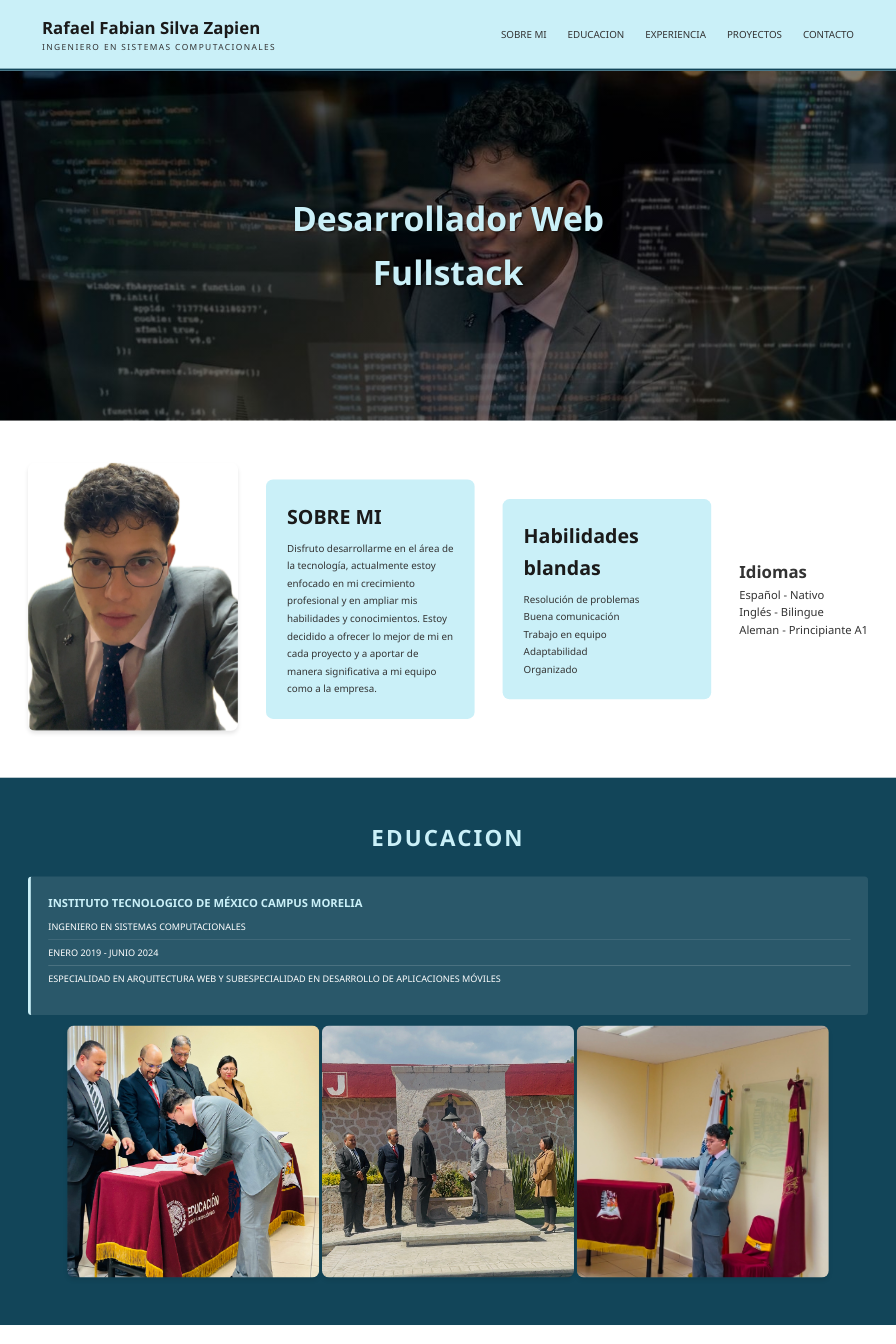
Repository: rafaelsilva2k/mi-portafolio
Page: index.html
An editor plug-in stored every save of this project. The page is shown before and after the next save, followed by the edit.
The browser window is 1280 px wide. The pictures show the part of the page from y = 0 to 1920 px (the page is 3313 px tall), at 70% of full size.

Above is the page before, as saved 2026-04-17 13:01:27.

### index.html
<!DOCTYPE html>
<html lang="en">
<head>
    <meta charset="UTF-8">
    <meta name="viewport" content="width=device-width, initial-scale=1.0">
    <title>Rafael Fabian Silva Zapien</title>
    <link rel="stylesheet" href="styles.css">
</head>
<body>
    <!-- HEADER: Nombre, Profesión y Menú de Navegación -->
    <header class="header">
        <div class="header-content">
            <div class="logo-section">
                <h1>Rafael Fabian Silva Zapien</h1>
                <p class="profession">INGENIERO EN SISTEMAS COMPUTACIONALES</p>
            </div>

            <nav class="navbar">
                <ul>
                    <li><a href="#sobre-mi">SOBRE MI</a></li>
                    <li><a href="#educacion">EDUCACION</a></li>
                    <li><a href="#experiencia">EXPERIENCIA</a></li>
                    <li><a href="#proyectos">PROYECTOS</a></li>
                    <li><a href="#contacto">CONTACTO</a></li>
                </ul>
            </nav>
        </div>
    </header>

    <!-- HERO SECTION: Imagen grande con texto "Desarrollador Web Fullstack" -->
     <section class="hero">
        <div class="hero-content">
            <h2>Desarrollador Web<br>Fullstack</h2>
        </div>
     </section>

     <!-- SECCIÓN SOBRE MÍ: Foto + Descripción -->
      <section id="sobre-mi" class="sobre-mi">
        <div class="sobre-mi-container">
            <div class="sobre-mi-foto">
                <img src="images/me.png" alt="Rafael Silva">
            </div>
            <div class="sobre-mi-texto">
                <h2>SOBRE MI</h2>
                <p>Disfruto desarrollarme en el área de la tecnología, actualmente estoy enfocado en mi crecimiento profesional y en ampliar mis habilidades y conocimientos. Estoy decidido a ofrecer lo mejor de mi en cada proyecto y a aportar de manera significativa a mi equipo como a la empresa.</p>
            </div>
            <div class="sobre-mi-texto">
                <h2>Habilidades blandas</h2>
                <p> Resolución de problemas <br> Buena comunicación <br> Trabajo en equipo  <br> Adaptabilidad <br> Organizado</p>
            </div>
            <div class="">
                <h2>Idiomas</h2>
                <p>Español - Nativo <br> Inglés - Bilingue <br> Aleman - Principiante A1</p>
            </div>
        </div>
      </section>

      <!--Seccion de Educacion-->
      <section id="educacion" class="educacion">
        <h2>EDUCACION</h2>
        <div class="educacion-content">
            <div class="educacion-item">
                <h4>INSTITUTO TECNOLOGICO DE MÉXICO CAMPUS MORELIA</h4>
                <p>INGENIERO EN SISTEMAS COMPUTACIONALES</p>
                <p>ENERO 2019 - JUNIO 2024</p>
                <p>ESPECIALIDAD EN ARQUITECTURA WEB Y SUBESPECIALIDAD EN DESARROLLO DE APLICACIONES MÓVILES</p>
            </div>
            <div class="education-item">
                <div class="education-photos">
                    <img src="images/FirmaTitulacion.jpeg">
                    <img src="images/campanaTitulacion.jpeg">
                    <img src="images/titulacion.jpeg">
                </div>
            </div>
        </div>
      </section>

      <section id="experiencia" class="experiencia">
        <h2>EXPERIENCIA PROFESIONAL</h2>
            <div class="experiencia-content">
                <div class="experiencia-item">
                    <h3>HARMAN a Samsung Company</h3>
                    <p>Residencias Profesionales HARMAN, Samsung Company Enero - Junio 2024 </p><br>
                    <h5>PROYECTO DE SALIDAS MISCELÁNEAS</h5>
                    <p></p>Se trabajo en el desarrolló de una página web que permitió a la empresa
                    controlar y gestionar los productos salientes. Además, se coordinó el flujo de
                    aprobación entre diversas áreas como comercio exterior, logística y seguridad. <br> <br>
                    <h5>PROYECTO COSTO DE BIENES VENDIDOS (COGS)</h5>
                    Se trabajo en la automatización el cálculo de COGS e implementó un módulo
                    que agiliza la obtención de datos para el reporte de COGS, logrando un análisis
                    más detallado y una representación gráfica eficaz de la información.</p>
                </div>
                <div class="experiencia-item">
                    <h3>FIRA - Fideicomisos Instituidos en Relación con la Agricultura</h3>
                    <p>Desarrollador Fullstack en FIRA, Morelia Julio 2024 - Actualidad <br> <br>
                    • Migración, mejora y mantenimiento de múltiples aplicaciones institucionales,
                    entre ellas: Mesa de Servicios, Reservación de Salas, Seguimientos SIPOT,
                    Solicitudes INAI, Ingresos Retenciones, SIPOT, entre otras.
                    Aplicaciones desarrolladas en CodeIgniter (PHP), JavaScript, HTML y CSS,
                    en las cuales realicé correcciones críticas, optimizaciones de rendimiento y
                    mejoras funcionales.
                    Implementación de consumo de APIs internas de FIRA (Capital Humano)
                    cuando fue requerido.
                    Sustitución de vistas de Capital Humano en base de datos por procesos
                    internos más eficientes.
                    Todas las aplicaciones intervenidas fueron migradas a SQL Server 2019. <br>
                    • Desarrollo de un módulo completo dentro de la aplicación Reservación de
                    Salas para la gestión y reservación de cargadores eléctricos para vehículos del
                    personal interno.<br>
                    • Colaboración en la aplicación Siniestralidad, desarrollada originalmente en
                    ASP, la cual fue migrada a SQL Server 2019 y sometida a una limpieza y
                    depuración general. Posteriormente se detectaron fallas en el funcionamiento y
                    realicé los ajustes necesarios para su correcta operación.<br>
                    • Participación en la migración de la aplicación Firma Electrónica, actualizando
                    la plataforma de Java 1.4 a Java 17, así como la migración de Tomcat y todos
                    los cambios estructurales requeridos para garantizar compatibilidad y
                    estabilidad.<br>
                    • Elaboración de documentación técnica detallada para todos los proyectos,
                    facilitando futuras tareas de mantenimiento, soporte y transferencia de
                    conocimiento dentro del equipo. Apoyo adicional en la preparación de
                    documentación para describir cambio</p>
                </div>
            </div>
      </section>

      <!--Seccion de proyectos-->
      <section id="proyectos" class="proyectos">
        <h2>PROYECTOS</h2>
        <div class="proyectos-content">
            <div class="proyectos-item">
                <h4>Primer proyecto</h4>
                <img src="" alt="Proyecto-1-name">
            </div>
            <div class="proyectos-item">
                <h4> Segundo proyecto</h4>
                <img src="" alt="Proyecto-2-name">
            </div>
            <div class="proyectos-item">
                <h4>Tercer proyecto</h4>
                <img src="" alt="proyecto-3-name">
            </div>
        </div>
      </section>

      <section id="contacto" class="contacto">
        <h2>Contacto</h2>
        <div class="contacto-content">
            <p>Email: rafaelsilva2k256@gmail.com</p>
            <p>LinkedIn: <a href="www.linkedin.com/in/rafael-fabian-silva-zapien-a124ba247">Perfil de Linkedin</a></p>
            <p>GitHub: <a href="#">Tu GitHub</a></p>
        </div>
      </section>

      <!--footer-->
      <footer class="footer">
        <p>&copy; 2024 Rafael Fabian Silva Zapien. Todos los derechos reservados.</p>
      </footer>

      <script src="script.js"></script>
</body>
</html>

### styles.css
/* ============================================
   RESET Y VARIABLES GLOBALES
   ============================================ */

* {
    margin: 0;
    padding: 0;
    box-sizing: border-box;
}

:root {
    --color-primary: #caf0f8;      /* Amarillo */
    --color-secondary: #124559;    /* Dorado/Marrón */
    --color-dark: #1a1a1a;         /* Negro */
    --color-text: #333333;         /* Texto gris oscuro */
    --color-white: #ffffff;        /* Blanco */
}

body {
    font-family: 'Segoe UI', Tahoma, Geneva, Verdana, sans-serif;
    color: var(--color-text);
    line-height: 1.6;
}

/* ============================================
   HEADER - Menú y nombre
   ============================================ */

.header {
    background-color: var(--color-primary);
    padding: 20px 0;
    border-bottom: 3px solid var(--color-secondary);
    position: sticky;
    top: 0;
    z-index: 100;
}

.header-content {
    max-width: 1200px;
    margin: 0 auto;
    padding: 0 20px;

    /* FLEXBOX: Alinea nombre a la izquierda y menú a la derecha */
    display: flex;
    justify-content: space-between;
    align-items: center;
}

.logo-section h1 {
    font-size: 24px;
    font-weight: bold;
    color: var(--color-dark);
}

.profession {
    font-size: 12px;
    color: var(--color-text);
    letter-spacing: 2px;
}

/* NAVEGACIÓN - Menú horizontal */
.navbar ul {
    list-style: none;

    /* FLEXBOX: Alinea los items del menú horizontalmente */
    display: flex;
    gap: 30px;
}

.navbar a {
    text-decoration: none;
    color: var(--color-text);
    font-size: 14px;
    font-weight: 500;
    transition: color 0.3s ease;
}

.navbar a:hover {
    color: var(--color-secondary);
}

/* ============================================
   HERO SECTION - Imagen grande
   ============================================ */

.hero {
    background: linear-gradient(rgba(0, 0, 0, 0.5), rgba(0, 0, 0, 0.5)),
                url('images/iaGeneratedMe.jpeg');
    background-size: cover;
    background-position: center;
    height: 500px;

    /* FLEXBOX: Centra el texto en el hero */
    display: flex;
    align-items: center;
    justify-content: center;
    text-align: center;
}

.hero-content h2 {
    font-size: 48px;
    color: var(--color-primary);
    font-weight: bold;
    text-shadow: 2px 2px 4px rgba(0, 0, 0, 0.7);
}

/* ============================================
   SECCIÓN SOBRE MÍ
   ============================================ */

.sobre-mi {
    padding: 60px 20px;
    background-color: var(--color-white);
}

.sobre-mi-container {
    max-width: 1200px;
    margin: 0 auto;

    /* FLEXBOX: Alinea foto a la izquierda y texto a la derecha */
    display: flex;
    gap: 40px;
    align-items: center;
}

.sobre-mi-foto {
    flex: 0 0 300px;  /* Ancho fijo de 300px */
}

.sobre-mi-foto img {
    width: 100%;
    border-radius: 10px;
    box-shadow: 0 4px 6px rgba(0, 0, 0, 0.1);
}

.sobre-mi-texto {
    flex: 1;  /* Ocupa el espacio restante */
    background-color: var(--color-primary);
    padding: 30px;
    border-radius: 10px;
}

.sobre-mi-texto h2 {
    font-size: 28px;
    margin-bottom: 10px;
    color: var(--color-dark);
}

.sobre-mi-texto h3 {
    font-size: 14px;
    letter-spacing: 2px;
    margin-bottom: 20px;
    color: var(--color-secondary);
}

.sobre-mi-texto p {
    font-size: 14px;
    line-height: 1.8;
    color: var(--color-text);
}

/* ============================================
   SECCIÓN EDUCACIÓN
   ============================================ */

.educacion {
    padding: 60px 20px;
    background-color: var(--color-secondary);
    color: var(--color-white);
}

.educacion h2 {
    font-size: 32px;
    margin-bottom: 30px;
    text-align: center;
    color: var(--color-primary);
    letter-spacing: 3px;
}

.educacion-content {
    max-width: 1200px;
    margin: 0 auto;
}

.educacion-item {
    background-color: rgba(255, 255, 255, 0.1);
    padding: 25px;
    margin-bottom: 15px;
    border-left: 4px solid var(--color-primary);
    border-radius: 5px;
}

.educacion-item h4 {
    font-size: 16px;
    margin-bottom: 10px;
    color: var(--color-primary);
}

.educacion-item p {
    font-size: 13px;
    margin-bottom: 8px;
    padding-bottom: 8px;
    border-bottom: 1px solid rgba(255, 255, 255, 0.2);
}

.educacion-item p:last-child {
    border-bottom: none;
}

.education-photos {
    flex: 0 0 300px;  /* Ancho fijo de 300px */
    text-align: center;
}

.education-photos img {
    width: 30%;
    border-radius: 10px;
    box-shadow: 0 4px 6px rgba(0, 0, 0, 0.1);
}

/* ============================================
   SECCIÓN EXPERIENCIA
   ============================================ */

.experiencia {
    padding: 60px 20px;
    background-color: var(--color-white);
}

.experiencia h2 {
    font-size: 32px;
    margin-bottom: 30px;
    text-align: center;
    color: var(--color-secondary);
    letter-spacing: 3px;
}

.experiencia-content {
    max-width: 1200px;
    margin: 0 auto;

    /* FLEXBOX: Coloca los items uno al lado del otro */
    display: flex;
    gap: 30px;
}

.experiencia-item {
    flex: 1;
    background-color: var(--color-primary);
    padding: 25px;
    border-radius: 8px;
    border-left: 4px solid var(--color-secondary);
}

.experiencia-item h4 {
    font-size: 16px;
    margin-bottom: 10px;
    color: var(--color-dark);
}

.experiencia-item p {
    font-size: 13px;
    color: var(--color-text);
}

/* ============================================
   SECCIÓN PROYECTOS
   ============================================ */

.proyectos {
    padding: 60px 20px;
    background-color: var(--color-primary);
}

.proyectos h2 {
    font-size: 32px;
    margin-bottom: 30px;
    text-align: center;
    color: var(--color-secondary);
    letter-spacing: 3px;
}

.proyectos-content {
    max-width: 1200px;
    margin: 0 auto;

    /* FLEXBOX: Coloca las tarjetas en 3 columnas */
    display: flex;
    gap: 25px;
    justify-content: space-between;
}

.proyectos-item {
    flex: 1;
    background-color: var(--color-white);
    padding: 20px;
    border-radius: 8px;
    box-shadow: 0 2px 8px rgba(0, 0, 0, 0.1);
    transition: transform 0.3s ease;
}

.proyectos-item:hover {
    transform: translateY(-5px);
}

.proyectos-item h4 {
    font-size: 16px;
    margin-bottom: 15px;
    color: var(--color-dark);
}

.proyectos-item img {
    width: 100%;
    height: 200px;
    object-fit: cover;
    border-radius: 5px;
    background-color: var(--color-secondary);
}

/* ============================================
   SECCIÓN CONTACTO
   ============================================ */

.contacto {
    padding: 60px 20px;
    background-color: var(--color-secondary);
    color: var(--color-white);
    text-align: center;
}

.contacto h2 {
    font-size: 32px;
    margin-bottom: 30px;
    color: var(--color-primary);
    letter-spacing: 3px;
}

.contacto-content {
    max-width: 600px;
    margin: 0 auto;
    font-size: 14px;
    line-height: 2;
}

.contacto-content a {
    color: var(--color-primary);
    text-decoration: none;
    font-weight: bold;
}

.contacto-content a:hover {
    text-decoration: underline;
}

/* ============================================
   FOOTER
   ============================================ */

.footer {
    background-color: var(--color-dark);
    color: var(--color-white);
    text-align: center;
    padding: 20px;
    font-size: 12px;
}

/* ============================================
   RESPONSIVE - Para dispositivos móviles
   ============================================ */

@media (max-width: 768px) {
    .header-content {
        flex-direction: column;
        gap: 20px;
    }

    .navbar ul {
        gap: 15px;
        font-size: 12px;
    }

    .sobre-mi-container {
        flex-direction: column;
    }

    .sobre-mi-foto {
        flex: 0 0 200px;
    }

    .experiencia-content {
        flex-direction: column;
    }

    .proyectos-content {
        flex-direction: column;
    }

    .hero-content h2 {
        font-size: 32px;
    }
}

Loaded but not shown: script.js (no copy from this time; the picture is the same without it)

After the next save:
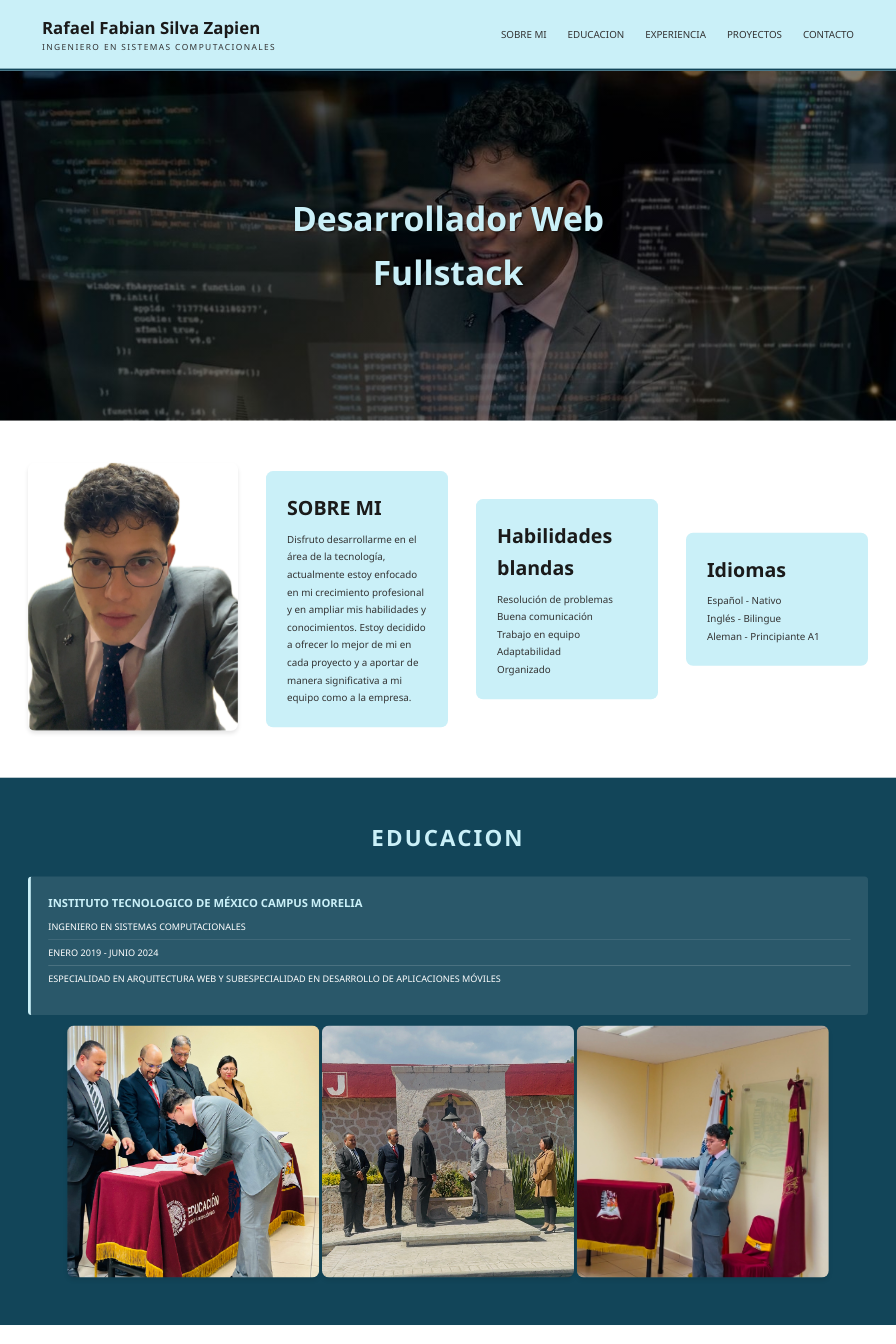
Saved 6 s later.
--- a/index.html
+++ b/index.html
@@ -48,7 +48,7 @@
                 <h2>Habilidades blandas</h2>
                 <p> Resolución de problemas <br> Buena comunicación <br> Trabajo en equipo  <br> Adaptabilidad <br> Organizado</p>
             </div>
-            <div class="">
+            <div class="sobre-mi-texto">
                 <h2>Idiomas</h2>
                 <p>Español - Nativo <br> Inglés - Bilingue <br> Aleman - Principiante A1</p>
             </div>
